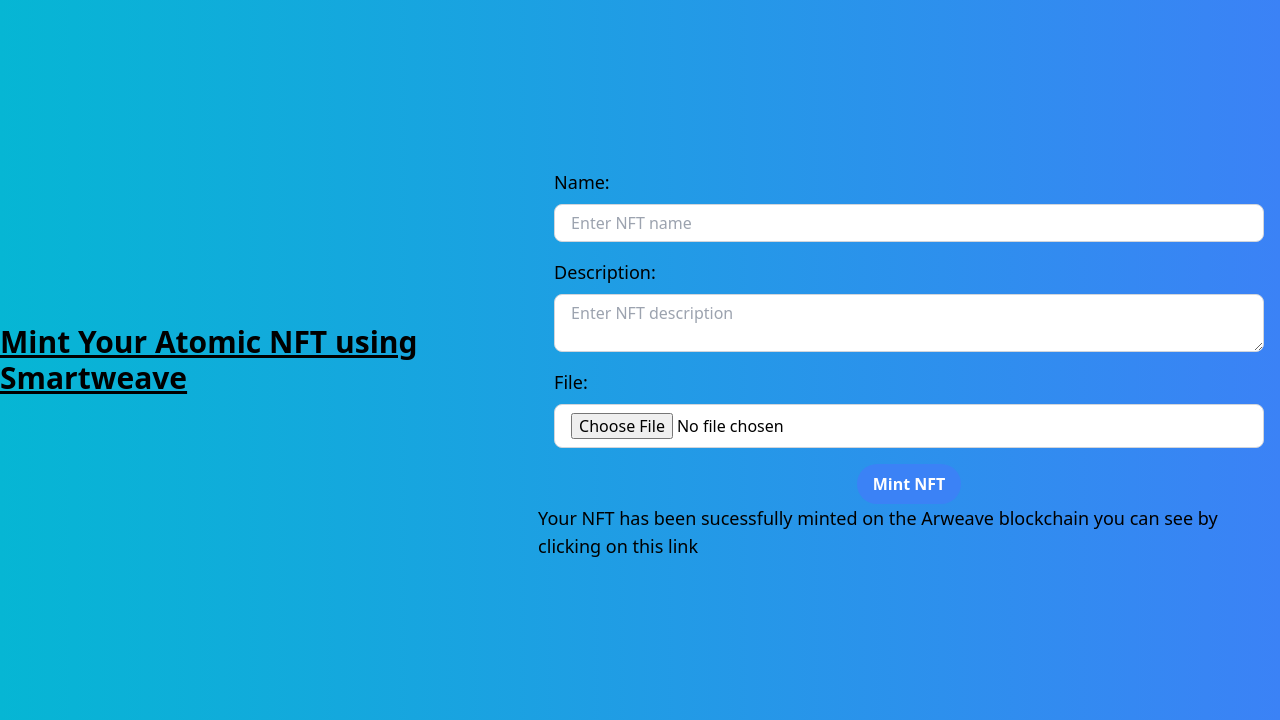
Repository: pawelpiwowarski/arweave-nft
Page: /
An editor plug-in stored every save of this project. The page is shown before and after the next save, followed by the edit.
The browser window is 1280 px wide. The pictures show the whole page.
The project was rebuilt for these pictures with package versions that can differ from the ones it lists, and the page was loaded fresh each time. The framework's server and built-in components were replaced by stand-ins that run in the browser.

Above is the page before, as saved 2023-01-30 14:47:46.

### pages/_app.tsx
import '../styles/globals.css'

function MyApp({ Component, pageProps }) {
    return <Component {...pageProps} />
    }

export default MyApp

### pages/index.tsx
import { useState } from "react";
import connectToContract from '../configureWarpClient'
import {mintAtomicNFT} from '/Users/pawelpiwowarski/Arweave/arwaeve-nft/contracts/tools/mintatomicnft'
import FormData from "form-data";

function HomePage() {

const [name, setName] = useState<string | null>(null);
const [respoonse, setResponse] = useState<string | null>(null);
const [description, setDescription] = useState<string | null>(null);




  async function handleSubmision(event: any) {
    const file = document.getElementById('file') as HTMLInputElement;

    // prevent fromm re
    event.preventDefault();
    const {address} = await connectToContract();
    console.log(file.files[0])
    const formData = new FormData() as any;
    formData.append('address', address);
    formData.append('blob', file.files[0]);
    formData.append('name', name);
    formData.append('description', description);

    const respoonse  = await fetch('http://localhost:3000/api/mint', { method: 'POST', body: formData });


    const {tx} = await respoonse.json();
    setResponse(tx);


  }
  async function handleFile() {

    console.log('file selected');



  }




  return (

       //centered div and apply nice background color
    <div className="bg-gradient-to-r from-cyan-500 to-blue-500 flex justify-center items-center h-screen bg-gray-100">


      <h1 className="text-3xl font-bold underline" >Mint Your Atomic NFT using Smartweave </h1>
      <form>
  <div className="flex flex-col m-4">
    <label className="text-lg font-medium mb-2" >Name:</label>
    <input className="bg-white focus:outline-none focus:shadow-outline-blue border border-gray-300 rounded-lg py-2 px-4 block w-full leading-5"
     type="text" id="name" name="name" placeholder="Enter NFT name" onChange= {(e)=> {

      setName(e.target.value);

     }}required/>
  </div>

  <div className="flex flex-col m-4">
    <label className="text-lg font-medium mb-2" >Description:</label>
    <textarea className="bg-white focus:outline-none focus:shadow-outline-blue border border-gray-300 rounded-lg py-2 px-4 block w-full leading-5"
    id="description" name="description" placeholder="Enter NFT description" onChange = {(e)=> {

        setDescription(e.target.value);

    }}required></textarea>
  </div>

  <div className="flex flex-col m-4">
    <label className="text-lg font-medium mb-2" >File:</label>
    <input className="bg-white focus:outline-none focus:shadow-outline-blue border border-gray-300 rounded-lg py-2 px-4 block w-full leading-5"
     type="file" id="file" name="file" onChange={handleFile} placeholder="Select NFT file" required/>
  </div>

  <div className="flex justify-center">
    <button className="bg-blue-500 hover:bg-blue-700 text-white font-bold py-2 px-4 rounded-full"  onClick={handleSubmision}>

      Mint NFT
    </button>

  </div>


  <div className="flex justify-center">
    <p className="text-lg font-medium mb-2" >  Your NFT has been sucessfully minted on the Arweave blockchain you can see by clicking on this link <a href={respoonse}> {respoonse}</a></p>
  </div>

</form>






    </div>

  );
}

export default HomePage;

### configureWarpClient.ts
import { WarpFactory } from "warp-contracts";


let warp;


async function connectToContract() {
  warp = WarpFactory.forMainnet();

  // obtain the signature from the user who is using ArConnect wallet

  await window.arweaveWallet.connect([
    "ACCESS_ADDRESS",
    "SIGN_TRANSACTION",
    "SIGNATURE",
  ]);

  const address = await window.arweaveWallet.getActiveAddress();
  return { address };
}

export default connectToContract;

Loaded but not shown: styles/globals.css (common file); tailwind.config.js (common file)

After the next save:
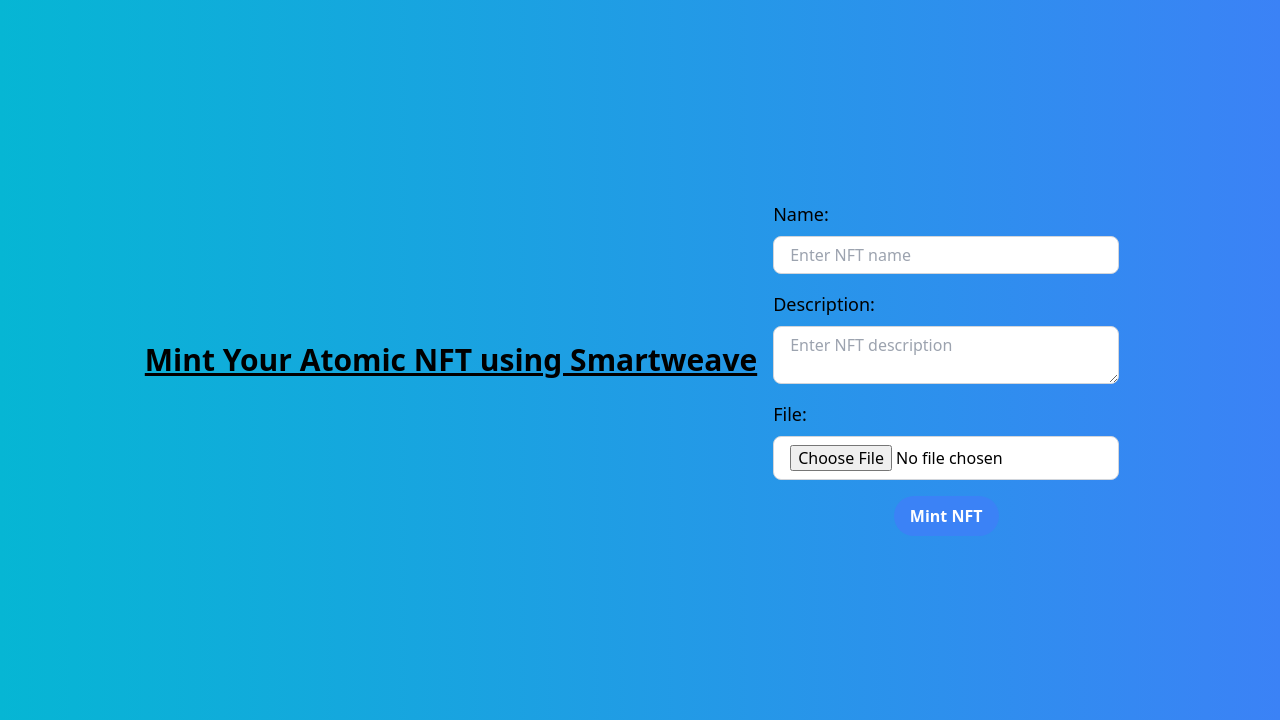
Saved 16 s later.
--- a/pages/index.tsx
+++ b/pages/index.tsx
@@ -86,10 +86,11 @@
 
   </div>
 
-
+    {respoonse &&
   <div className="flex justify-center">
-    <p className="text-lg font-medium mb-2" >  Your NFT has been sucessfully minted on the Arweave blockchain you can see by clicking on this link <a href={respoonse}> {respoonse}</a></p>
+    <p className="text-lg font-medium mb-2" > Your NFT has been sucessfully minted on the Arweave blockchain you can see by clicking on this link <a href={respoonse}> {respoonse}</a></p>
   </div>
+}
 
 </form>
 

After the 2 saves that followed:
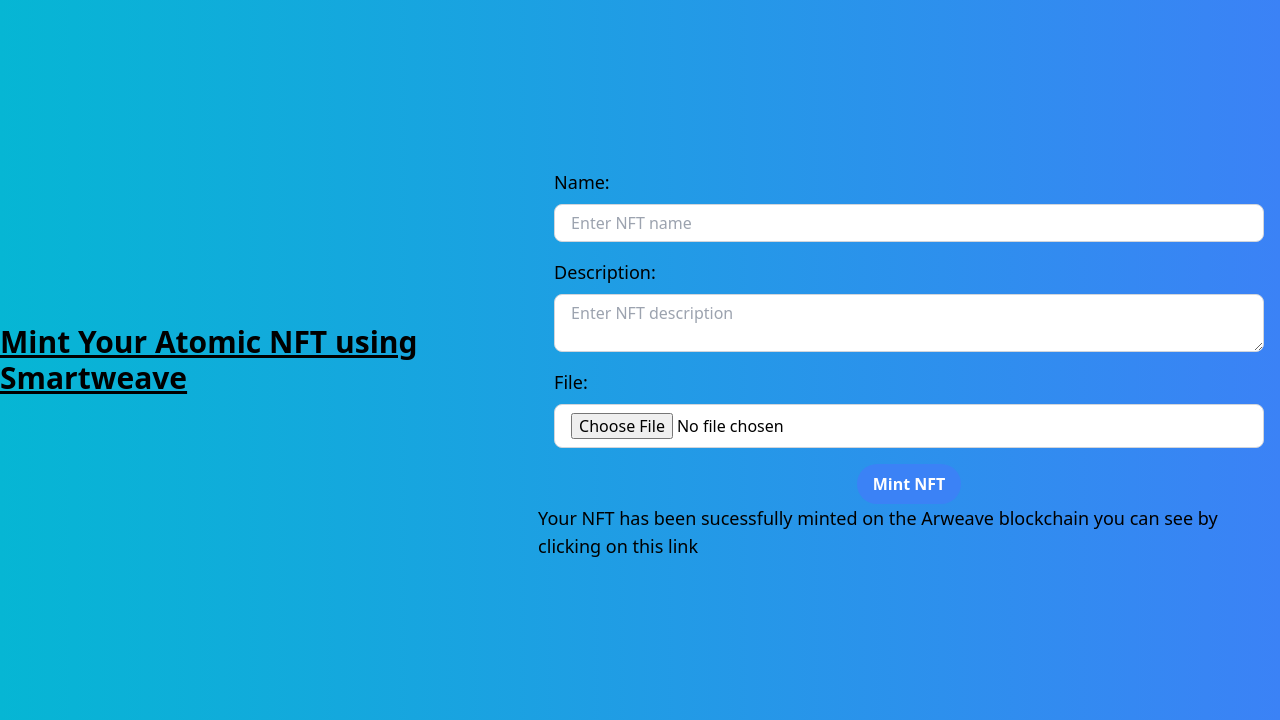
The 2 saves are shown as one change because 1 left the picture as it was.
The last was saved 81 s later.
--- a/pages/index.tsx
+++ b/pages/index.tsx
@@ -85,12 +85,12 @@
     </button>
 
   </div>
-
-    {respoonse &&
+  {
   <div className="flex justify-center">
-    <p className="text-lg font-medium mb-2" > Your NFT has been sucessfully minted on the Arweave blockchain you can see by clicking on this link <a href={respoonse}> {respoonse}</a></p>
+    <p className="text-lg font-medium mb-2" > Your NFT has been sucessfully minted on the Arweave blockchain you can see by clicking on this link <a target="_blank" href={respoonse}> {respoonse}</a></p>
   </div>
 }
+
 
 </form>
 
